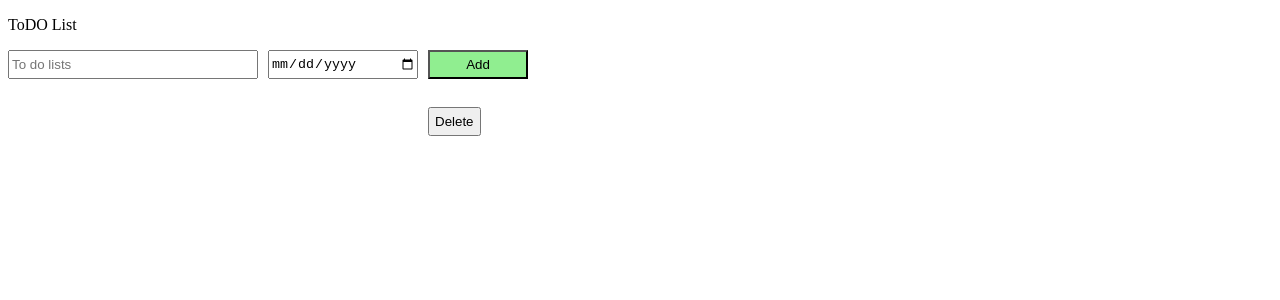
Repository: pgyunknown/ToDo-List
Page: index.html
The author's editor kept a copy of each file at every save. The page is drawn from the files as they stood at one save, then again after the next save.
The browser window is 1280 px wide. The pictures show the whole page.

Above is the page before, as saved 2024-08-29 20:48:52.

### index.html
<!DOCTYPE html>
<html lang="en">
<head>
  <meta charset="UTF-8">
  <meta name="viewport" content="width=device-width, initial-scale=1.0">
  <link rel="stylesheet" href="index.css">
  <title>Document</title>
</head>
<body>
    <p>ToDO List</p>
  <div class="grid-body">
  <input placeholder="To do lists" class="js-name-input"><input type="date" class="js-date-b"><button onclick="addWork();" class="add-b">Add</button><br>
    </div>
  <div class="js-todo-list todo-grid">text</div>

  <script src="index.js"></script>
</body>
</html>

### index.css
.todo-grid{
  display: grid;
  grid-template-columns: 250px 150px 100px;
  column-gap: 10px;
  row-gap: 10px;
}

.grid-body{
  display: grid;
  grid-template-columns: 250px 150px 100px;
  column-gap: 10px;
  row-gap: 10px;
}

.add-b{
  background-color: lightgreen;
  padding: 5px;
}
.delete-b{
  background-color: tgreen;
  padding: 5px;
}

### index.js
const todoList=[{
  name:'',duedate:''
}
];

eventList();
function eventList(){
  let todoListHTML=' ';
  for(i=0;i<todoList.length;i++){
    const todoObj=todoList[i];
    const {name}=todoObj;
    const {duedate}=todoObj;
    const html=`
    <div >${name}</div>
    <div >${duedate}</div>
    <div>    <button onclick="todoList.splice(${i},1);
    eventList();" class="delete-b" >Delete</button></div>
    `;
    todoListHTML+=html;
}
console.log(todoListHTML) ;
document.querySelector('.js-todo-list').innerHTML=todoListHTML;
}
function addWork(){
  const inputElement=document.querySelector('.js-name-input');
  const name=inputElement.value;

  const dateinputElement=document.querySelector('.js-date-b');
  const duedate=dateinputElement.value;

  todoList.push({
    name:name,
    duedate:duedate
  });

  inputElement.value='';
  // console.log(todoList);
  eventList();
}

After the next save:
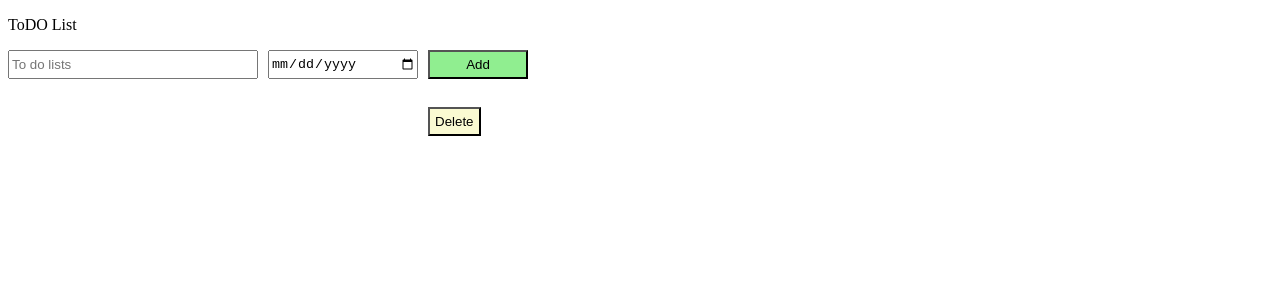
Saved 6 s later.
--- a/index.css
+++ b/index.css
@@ -17,6 +17,6 @@
   padding: 5px;
 }
 .delete-b{
-  background-color: tgreen;
+  background-color: lightgoldenrodyellow;
   padding: 5px;
 }
